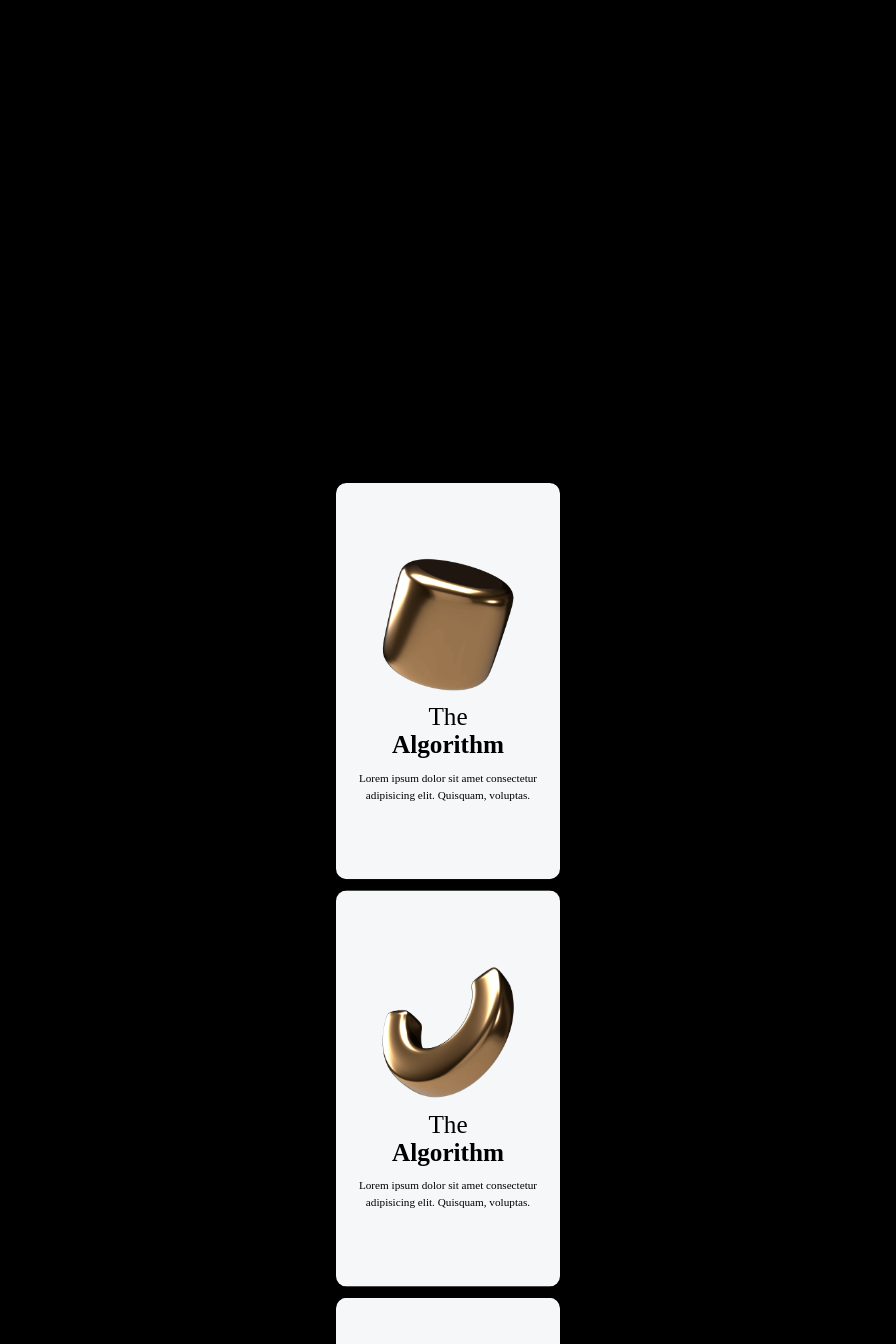
Repository: Himani0002/Scroll-Trigger
Page: index.html
An editor plug-in stored every save of this project. The page is shown before and after a run of saves, followed by the edit.
The browser window is 1280 px wide. The pictures show the part of the page from y = 0 to 1920 px (the page is 3728 px tall), at 70% of full size.
Some web fonts or font styles are not loaded; a fallback is used. Some web libraries are served in a nearby version.

Above is the page before, as saved 2024-11-15 21:49:49.

### index.html
<!DOCTYPE html>
<html lang="en">

<head>
  <meta charset="UTF-8">
  <meta name="viewport" content="width=device-width, initial-scale=1.0">

  <script src="https://cdn.tailwindcss.com"></script>
  <title>Document</title>
  <style>
    @import url('https://fonts.googleapis.com/css2?family=Edu+AU+VIC+WA+NT+Pre:wght@400..700&family=Lato:ital,wght@0,100;0,300;0,400;0,700;0,900;1,100;1,300;1,400;1,700;1,900&family=Montserrat:ital,wght@0,100..900;1,100..900&family=Roboto+Slab:wght@100..900&display=swap');

    * {
      padding: 0;
      font-family: "Edu AU VIC WA NT Pre", cursive;
      margin: 0;
      box-sizing: border-box;
    }

    html,
    body {
      height: 100%;
      width: 100%;
      background-color: black;
    }
  </style>
</head>

<body>
  <main class="w-full  text-center flex flex-col gap-4 items-center pt-[15vh]">
    <div
      class="card1 flex sticky top-[15vh] flex-col w-[25svw] rounded-[15px] py-[15vh] px-[20px] gap-4 items-center bg-[#F5F7F8]">
      <img src="./image/1.png" class="w-[190px] aspect-square" alt="">
      <h1 class="text-4xl font-thin">
        The<br>
        <span class="font-bold">Algorithm</span>
      </h1>
      <p>
        Lorem ipsum dolor sit amet consectetur adipisicing elit. Quisquam, voluptas.
      </p>
    </div>
    <div
      class="card2 sticky top-[15vh] flex flex-col w-[25svw] rounded-[15px] py-[15vh] px-[20px] gap-4 items-center bg-[#F5F7F8]">
      <img src="./image/2.png" class="w-[190px] aspect-square" alt="">
      <h1 class="text-4xl font-thin">
        The<br>
        <span class="font-bold">Algorithm</span>
      </h1>
      <p>
        Lorem ipsum dolor sit amet consectetur adipisicing elit. Quisquam, voluptas.
      </p>
    </div>
    <div
      class="card3 sticky top-[15vh] flex flex-col w-[25svw] rounded-[15px] py-[15vh] px-[20px] gap-4 items-center bg-[#F5F7F8]">
      <img src="./image/3.png" class="w-[190px] aspect-square" alt="">
      <h1 class="text-4xl font-thin">
        The<br>
        <span class="font-bold">Algorithm</span>
      </h1>
      <p>
        Lorem ipsum dolor sit amet consectetur adipisicing elit. Quisquam, voluptas.
      </p>
    </div>
    <div
      class="card4 sticky top-[15vh] flex flex-col w-[25svw] rounded-[15px] py-[15vh] px-[20px] gap-4 items-center bg-[#F5F7F8]">
      <img src="./image/4.png" class="w-[190px] aspect-square" alt="">
      <h1 class="text-4xl font-thin">
        The<br>
        <span class="font-bold">Algorithm</span>
      </h1>
      <p>
        Lorem ipsum dolor sit amet consectetur adipisicing elit. Quisquam, voluptas.
      </p>
    </div>
    <div
      class="card5 sticky top-[15vh] flex flex-col w-[25svw] rounded-[15px] py-[15vh] px-[20px] gap-4 items-center bg-[#F5F7F8]">
      <img src="./image/5.png" class="w-[190px] aspect-square" alt="">
      <h1 class="text-4xl font-thin">
        The<br>
        <span class="font-bold">Algorithm</span>
      </h1>
      <p>
        Lorem ipsum dolor sit amet consectetur adipisicing elit. Quisquam, voluptas.
      </p>
    </div>
    <div
      class="card6 sticky top-[15vh] flex flex-col w-[25svw] rounded-[15px] py-[15vh] px-[20px] gap-4 items-center bg-[#F5F7F8]">
      <img src="./image/6.png" class="w-[190px] aspect-square" alt="">
      <h1 class="text-4xl font-thin">
        The<br>
        <span class="font-bold">Algorithm</span>
      </h1>
      <p>
        Lorem ipsum dolor sit amet consectetur adipisicing elit. Quisquam, voluptas.
      </p>
    </div>

  </main>


</body>
<script src="https://cdnjs.cloudflare.com/ajax/libs/gsap/3.12.5/gsap.min.js"
  integrity="sha512-7eHRwcbYkK4d9g/6tD/mhkf++eoTHwpNM9woBxtPUBWm67zeAfFC+HrdoE2GanKeocly/VxeLvIqwvCdk7qScg=="
  crossorigin="anonymous" referrerpolicy="no-referrer"></script>
<script src="https://cdnjs.cloudflare.com/ajax/libs/gsap/3.12.5/ScrollTrigger.min.js"
  integrity="sha512-onMTRKJBKz8M1TnqqDuGBlowlH0ohFzMXYRNebz+yOcc5TQr/zAKsthzhuv0hiyUKEiQEQXEynnXCvNTOk50dg=="
  crossorigin="anonymous" referrerpolicy="no-referrer"></script>
<script src="script.js"></script>

</html>

### script.js
gsap.to('.card1',{
  scale:0.7,
  opacity:0,
  ScrollTrigger:{
    trigger:".cr"
  }
})

After the next 5 saves:
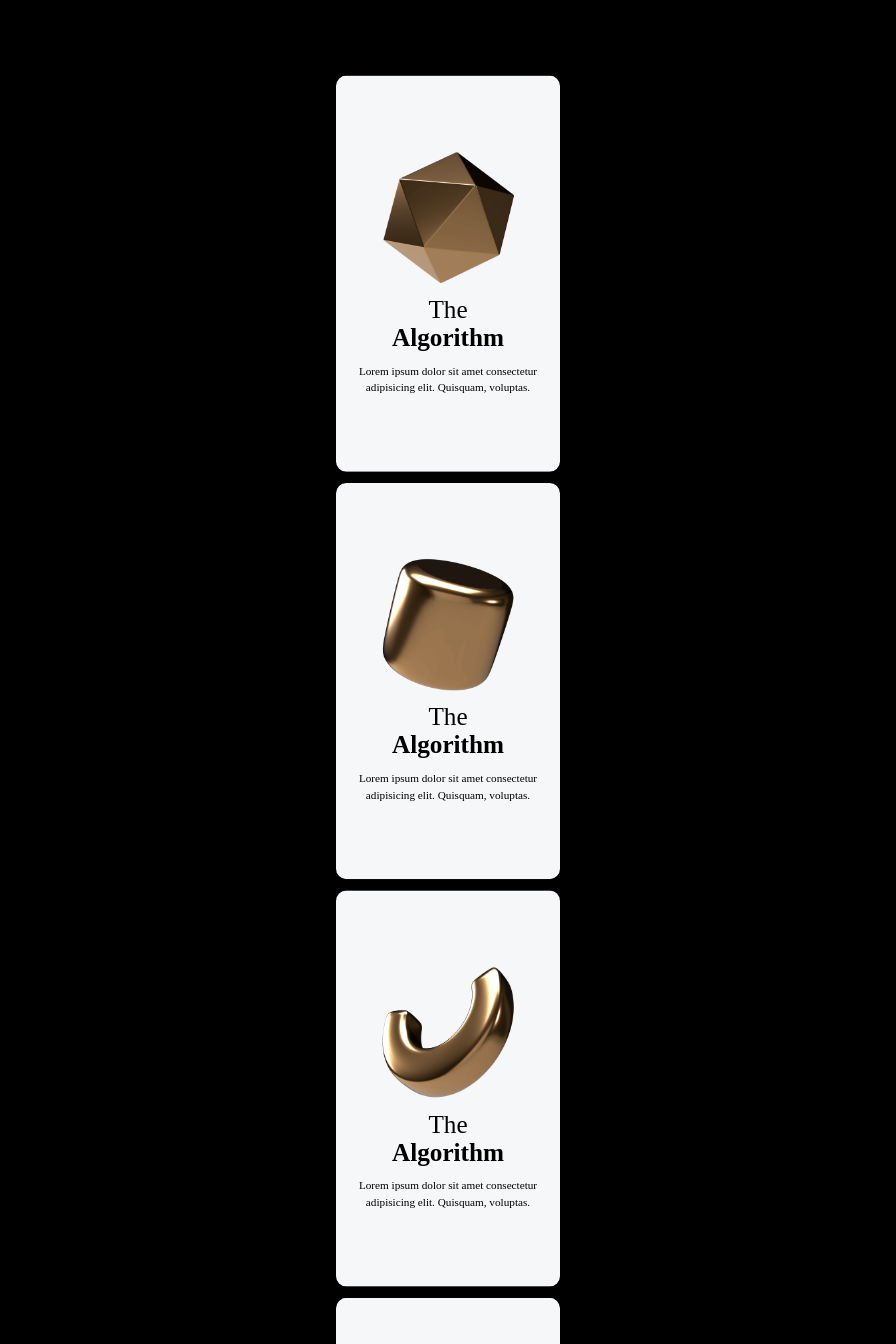
Console error: SyntaxError: Unexpected template string
The 5 saves are shown as one change because they came seconds apart.
The last was saved 13 s later.
--- a/script.js
+++ b/script.js
@@ -2,6 +2,7 @@
   scale:0.7,
   opacity:0,
   ScrollTrigger:{
-    trigger:".cr"
+    trigger:".card1",
+    st``
   }
 })

After the save that followed:
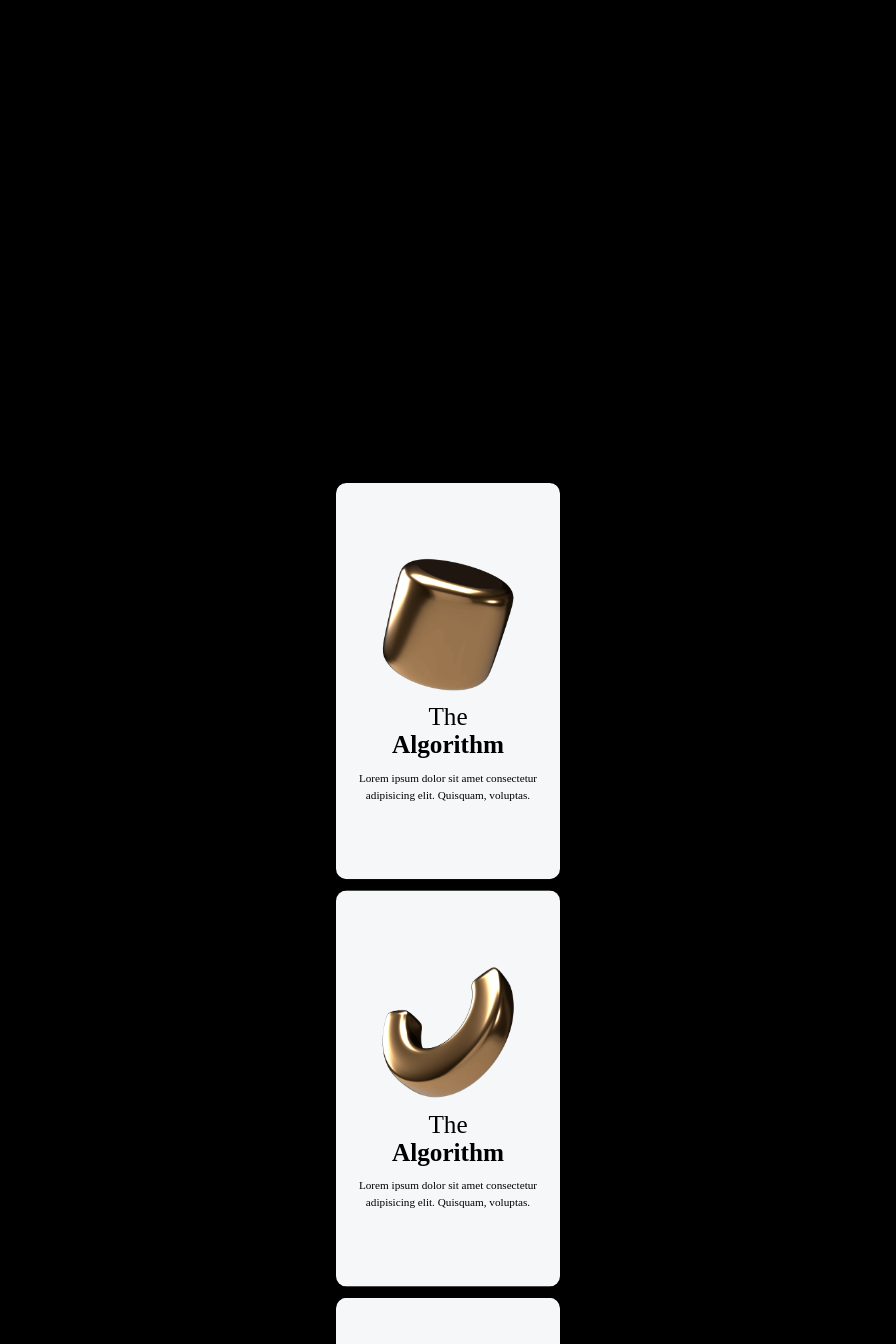
The error is gone.
Saved 7 s later.
--- a/script.js
+++ b/script.js
@@ -3,6 +3,6 @@
   opacity:0,
   ScrollTrigger:{
     trigger:".card1",
-    st``
+
   }
 })
